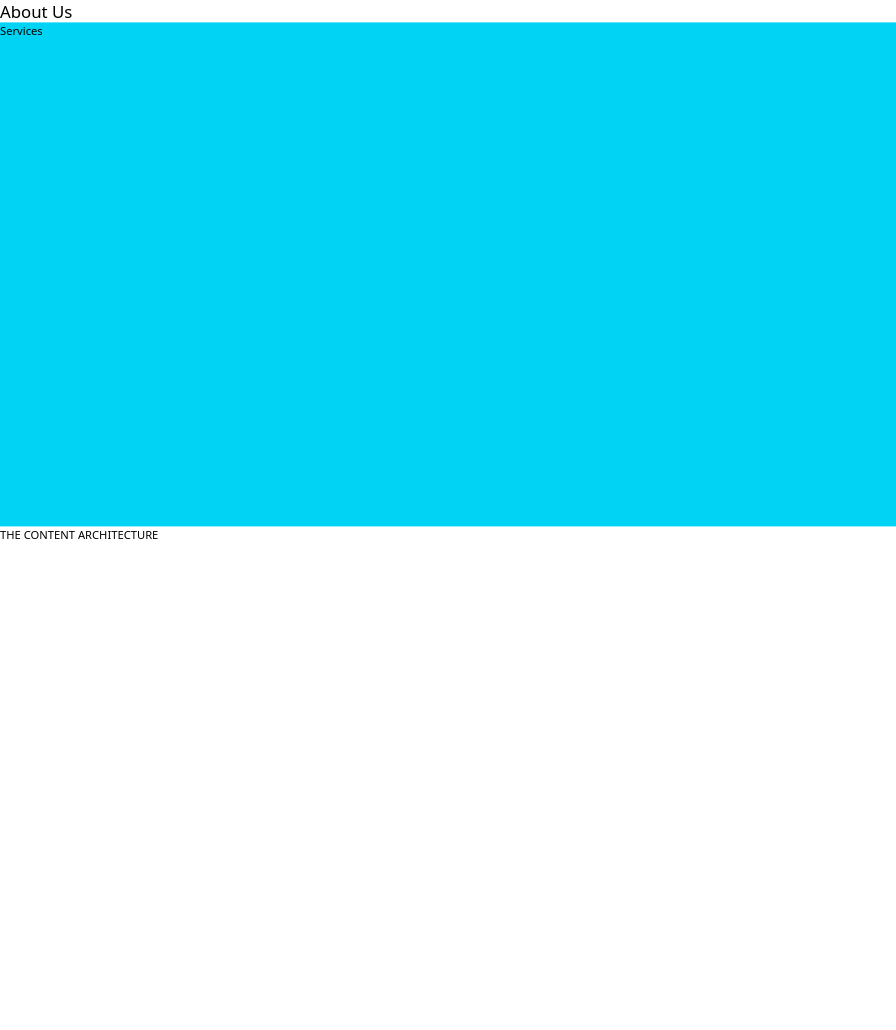
Repository: ajay-maurya-dev/Login
Page: /
An editor plug-in stored every save of this project. The page is shown before and after a run of saves, followed by the edit.
The browser window is 1280 px wide. The pictures show the part of the page from y = 720 to 2620 px (the page is 2192 px tall before and 2880 px after), at 70% of full size.
Backgrounds fixed to the window are drawn as part of the page. The project was rebuilt for these pictures with package versions that can differ from the ones it lists, and the page was loaded fresh each time. Also part of the build but not shown: vite.config.js.

Above is the page before, as saved 2026-10-24 23:35:59.

After the next 4 saves:
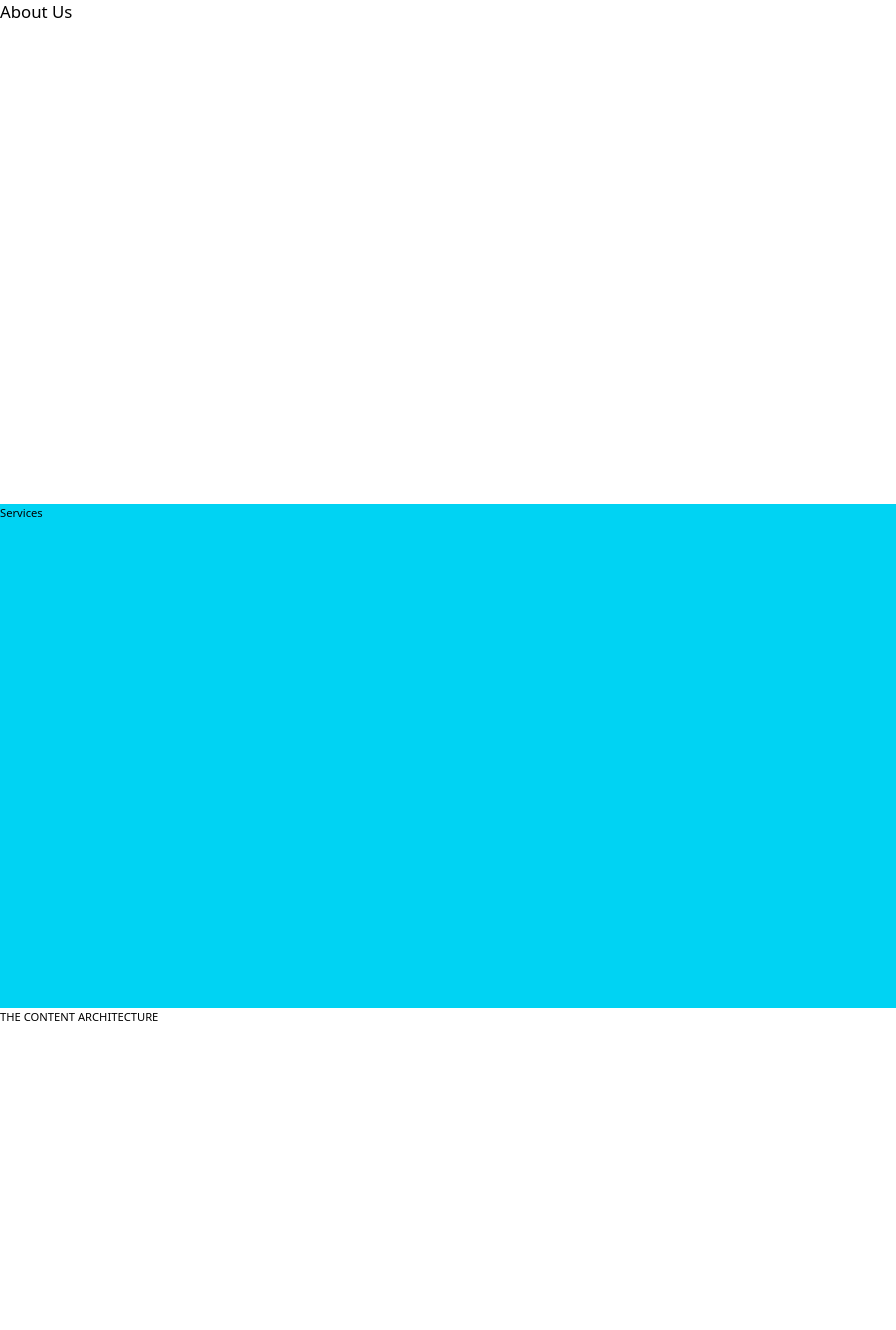
The 4 saves are shown as one change because they came seconds apart.
The last was saved 11 s later.
--- a/src/components/About.jsx
+++ b/src/components/About.jsx
@@ -2,7 +2,7 @@
 
 function About() {
   return (
-    <div className="w-full min-h-screen-800 z-10 text-2xl dark:bg-black dark:text-white bg-fixed">
+    <div className="w-full min-h-screen bg-in z-10 text-2xl dark:bg-black dark:text-white bg-fixed">
         <h4 className="">About Us</h4>
     </div>
   )
